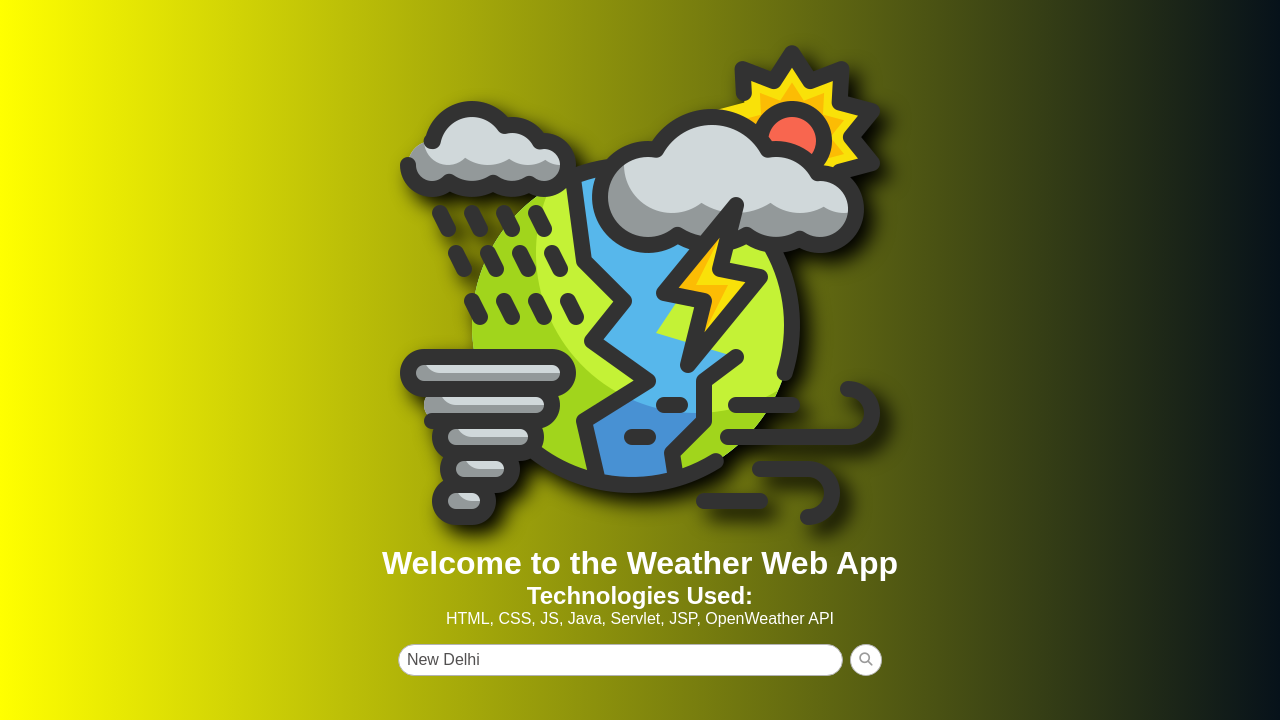
Repository: yashgajananshete/Weather-APP
Page: WeatherApp/build/classes/MyPackage/webapp/index.html
The author's editor kept a copy of each file at every save. The page is drawn from the files as they stood at one save, then again after the next save.
The browser window is 1280 px wide. The pictures show the whole page.

Above is the page before, as saved 2023-12-27 09:13:21.

After the next save:
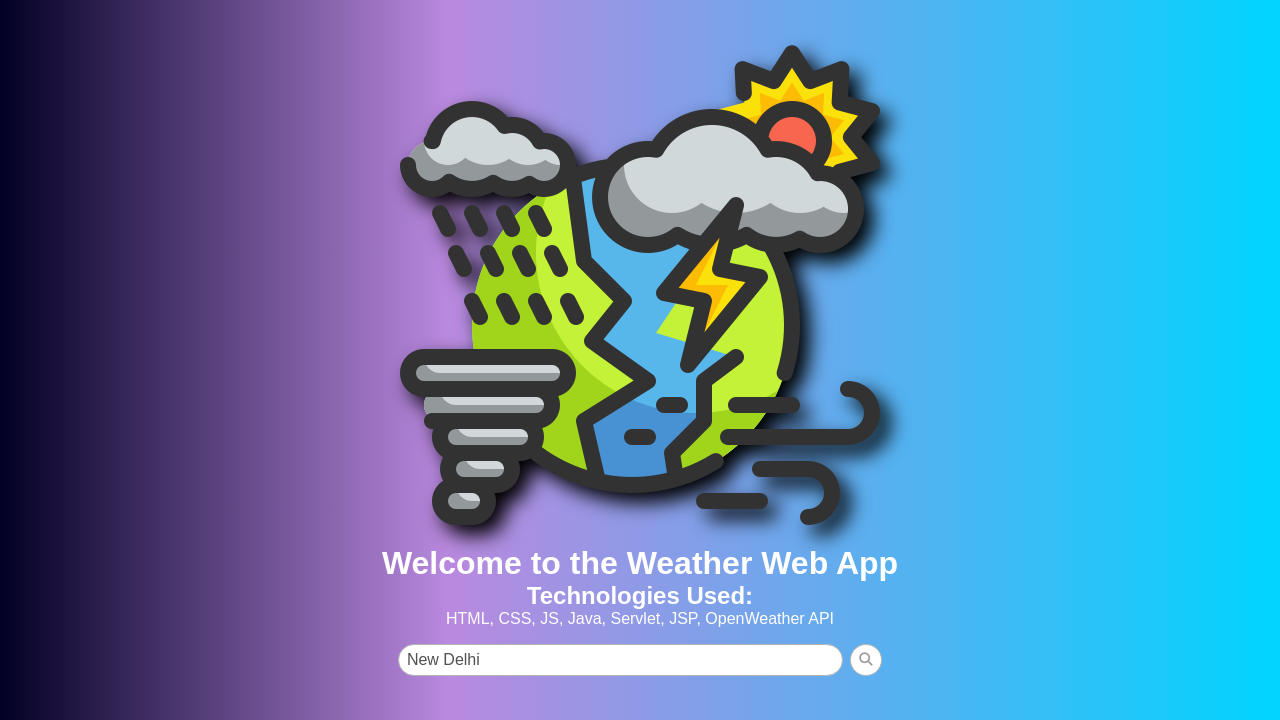
Saved 3 min 20 s later.
--- a/WeatherApp/build/classes/MyPackage/webapp/style.css
+++ b/WeatherApp/build/classes/MyPackage/webapp/style.css
@@ -12,7 +12,8 @@ body {
   height: 100vh;
   align-items: center;
   justify-content: center;
-  background: linear-gradient(to right,  rgb(255, 255, 0),#07121a);
+  background: rgb(2,0,36);
+background: linear-gradient(90deg, rgba(2,0,36,1) 0%, rgba(185,137,223,1) 35%, rgba(0,212,255,1) 100%);
 }
 
 .mainContainer {
